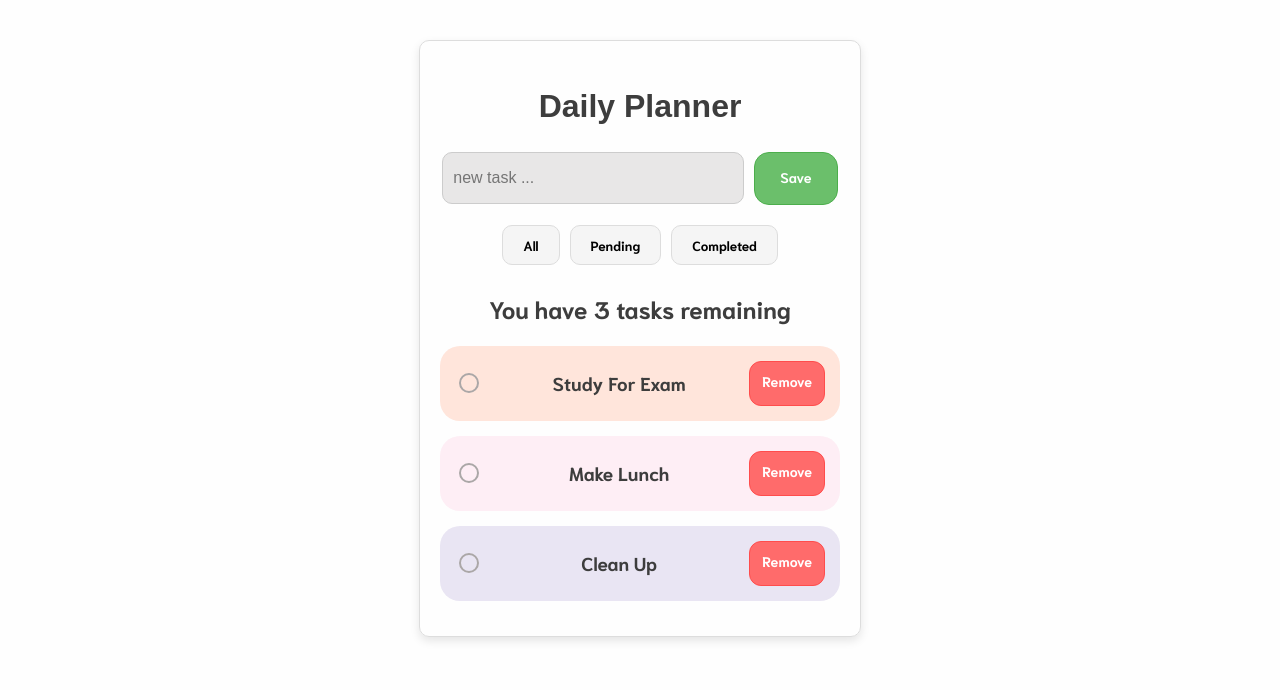
Repository: Zalida-Khan/Frontend-Lab4
Page: /
These files come from the project's save history. The page is drawn as it stood at one moment and after a run of saves; the edit follows.
The browser window is 1280 px wide. The pictures show the whole page.
Some web fonts or font styles are not loaded; a fallback is used. The project was rebuilt for these pictures with package versions that can differ from the ones it lists, and the page was loaded fresh each time. Also part of the build but not shown: vite.config.js.

Above is the page before, as saved 2024-10-29 23:02:22.

After the next 2 saves:
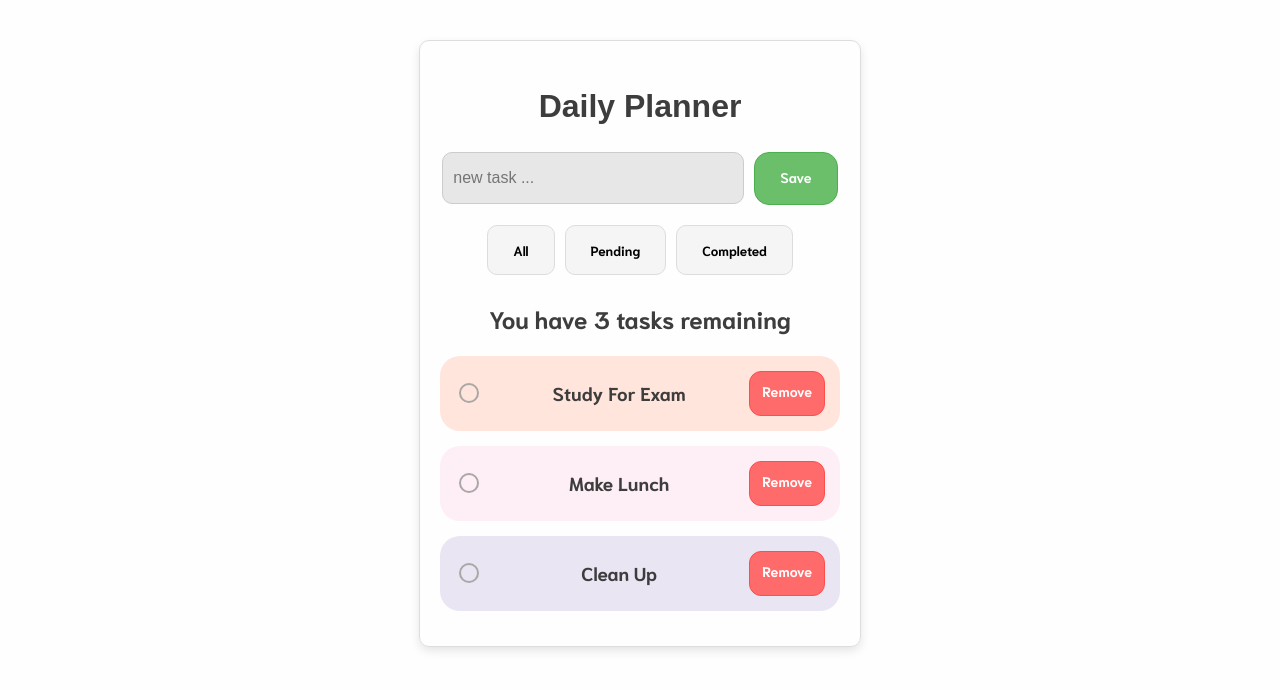
The 2 saves are shown as one change because they came seconds apart.
The last was saved 8 s later.
--- a/src/App.css
+++ b/src/App.css
@@ -173,7 +173,7 @@ h1 {
 }
 
 .filter-buttons button {
-  padding: 10px 20px;
+  padding: 15px 25px;
   border: 1px solid #ddd;
   border-radius: 10px;
   background-color: #f5f5f5;
